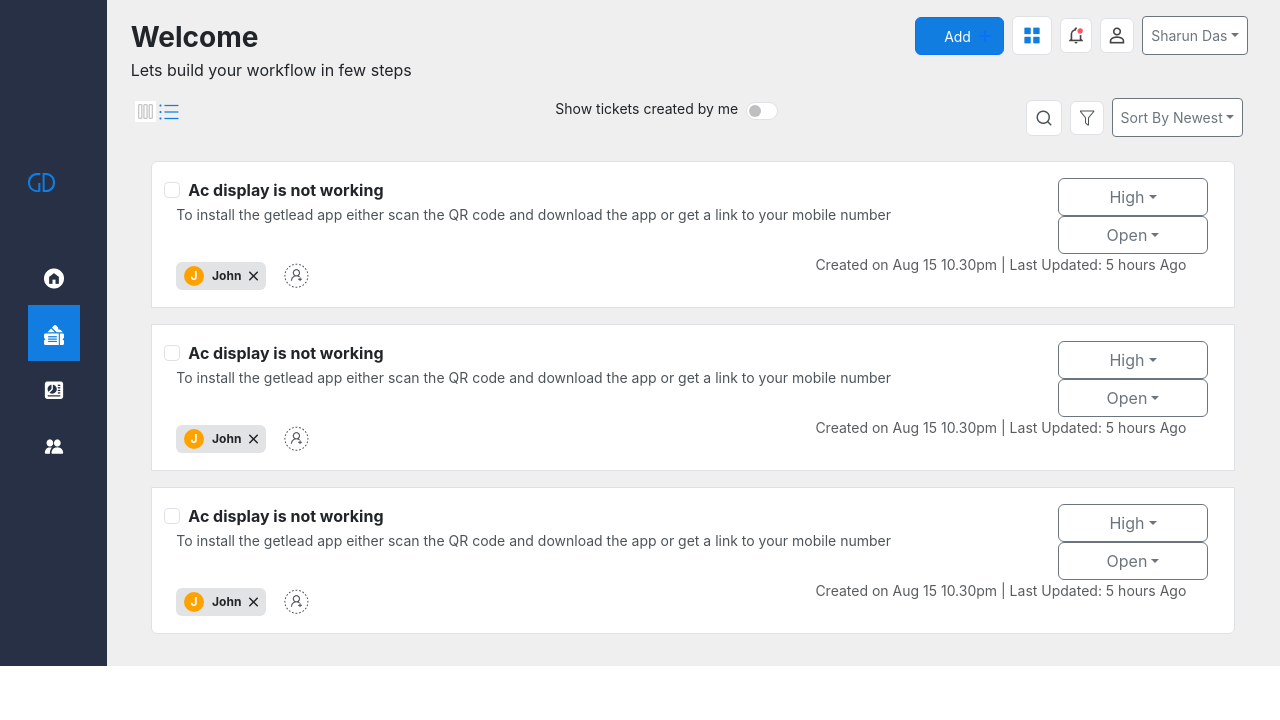
Repository: rishikarajeev/GL_HelpDesk
Page: /
An editor plug-in stored every save of this project. The page is shown before and after the next save, followed by the edit.
The browser window is 1280 px wide. The pictures show the whole page.
The project was rebuilt for these pictures with package versions that can differ from the ones it lists, and the page was loaded fresh each time. Also part of the build but not shown: src/App.css, src/Pages/HomePage.jsx.

Above is the page before, as saved 2024-01-11 14:09:54.

After the next save:
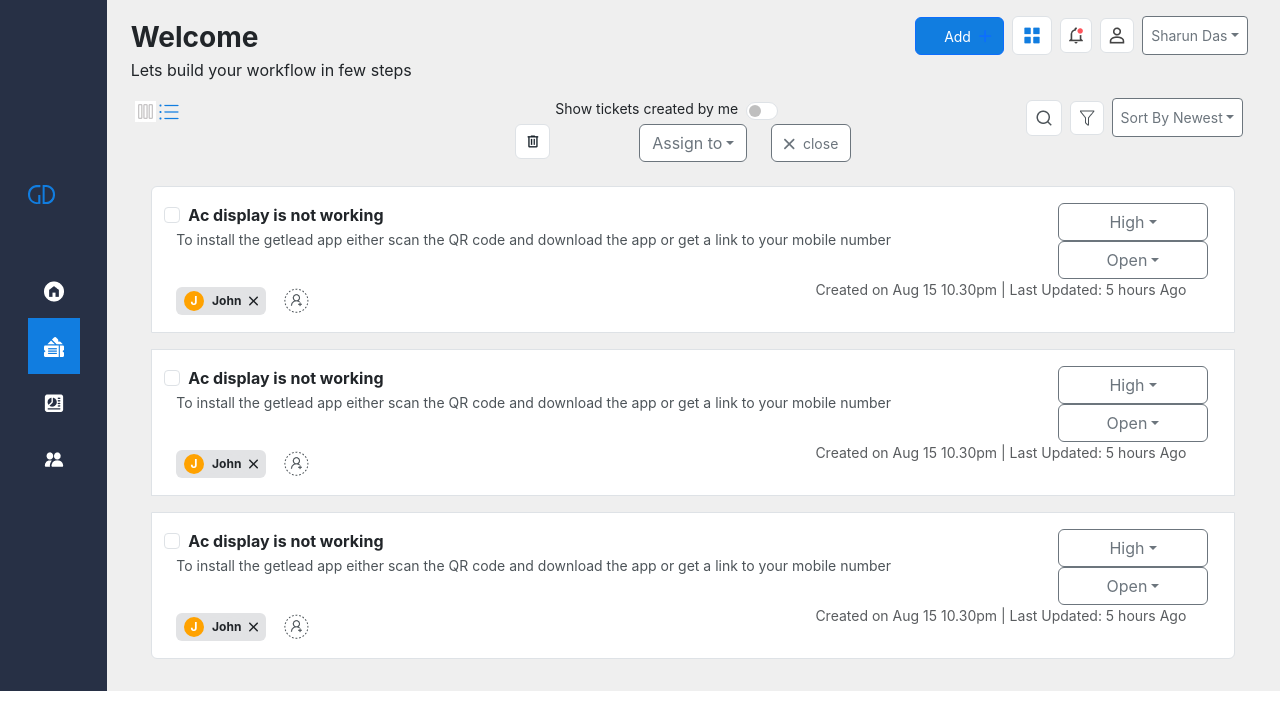
Saved 4 s later.
--- a/src/Pages/ViewTickets.jsx
+++ b/src/Pages/ViewTickets.jsx
@@ -45,6 +45,36 @@ function ViewTickets() {
 
 
           </div>
+          <Col className="d-none d-md-block ">
+          <Row >
+          <Col >
+          <Image
+            src={delete_icon}
+            alt="Local Icon"
+            className="img-thumbnail  bg-white p-2"
+          />
+          </Col>
+          <Col>
+            <Dropdown >
+              <Dropdown.Toggle variant="outline-secondary" id="dropdown-basic"  className="bg-white" >
+              Assign to
+              </Dropdown.Toggle>
+
+              <Dropdown.Menu>
+                <Dropdown.Item href="#/action-1">Assign to </Dropdown.Item>
+                <Dropdown.Item href="#/action-2">Sharun</Dropdown.Item>
+
+              </Dropdown.Menu>
+            </Dropdown>
+            </Col>
+            <Col>
+          <Button variant="btn btn-outline-secondary bg-white ">
+            <FontAwesomeIcon icon={faTimes} className="small" />
+            <span className="small ms-2">close</span>
+          </Button>
+          </Col>
+          </Row>
+        </Col>
         </Col>
 
         <Col className="text-end d-none d-lg-block">
